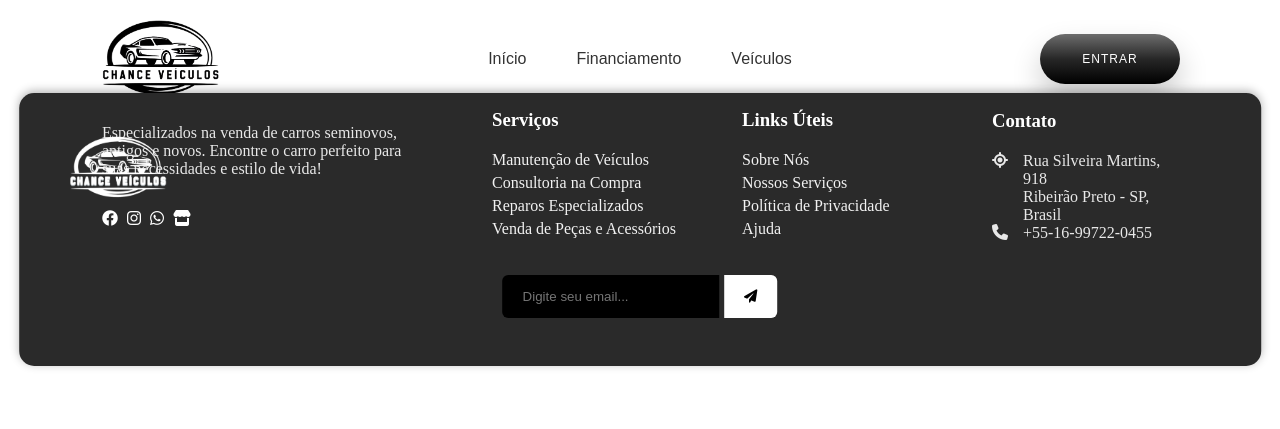
Repository: Matheus904-12/Reforma
Page: veicu.html
These files come from the project's save history. The page is drawn as it stood at one moment and after the next save; the edit follows.
The browser window is 1280 px wide. The pictures show the whole page.
Some web libraries are served in a nearby version.

Above is the page before, as saved 2024-08-05 20:43:17.
Console error (its wording comes from the project's code and is left out).

### veicu.html
<!DOCTYPE html>
<html lang="en">
<head>
    <meta charset="UTF-8">
    <meta name="viewport" content="width=device-width, initial-scale=1.0">
    <title>Chance Veículos - Venda de Veículos</title>
    <link rel="stylesheet" href="styles.css">
    <!----- FONT AWESOME CSS FOR ICONS FONTS ------>
    <link rel="stylesheet" href="https://cdnjs.cloudflare.com/ajax/libs/font-awesome/6.2.0/css/all.min.css">
    <script src="https://cdnjs.cloudflare.com/ajax/libs/gsap/3.10.4/gsap.min.js"></script>
</head>
<body>
    <div id="loading-screen">
        <div class="loader"></div>
    </div>

    <header>
        <div class="navbar">
            <div class="logo">
                <img src="imagens/dark.png" alt="Logo da Loja">
            </div>
            <nav class="nav-links">
                <a href="index.html">Início</a>
                <a href="finan.html">Financiamento</a>
                <a href="veicu.html">Veículos</a>
            </nav>
            <button class="btn">
                <span class="btn-text-one">Entrar</span>
                <span class="btn-text-two">Vamos Lá!</span>
            </button>
        </div>
    </header>






    <footer>
        <div class="container">
            <div class="row">
                <div class="col" id="company">
                    <img src="imagens/white.png" alt="" class="logo">
                    <p>
                        Especializados na venda de carros seminovos, antigos e novos.
                        Encontre o carro perfeito para suas necessidades e estilo de vida!
                    </p>
                    <div class="social">
                        <a href="https://www.facebook.com/p/CHANCE-VE%C3%8DCULOS-100063739276669/?paipv=0&eav=Afbw-6EMG8x-VpNtWfZloGlREGmYw3G0Q8PvLR--bdwjk5A0xtV1WnDa43PW5FFd-jU&_rdr"><i class="fab fa-facebook"></i></a>
                        <a href="https://www.olx.com.br/perfil/wilson-chance-veiculos-d5494ec5"><i class="fab fa-instagram"></i></a>
                        <a href="https://web.whatsapp.com/send?l=pt_BR&phone=5516%20997220455"><i class="fab fa-whatsapp"></i></a>
                        <a href="(16)-3961-1899"><i class="fa fa-store"></i></a>
                    </div>
                </div>

                <div class="col" id="services">
                    <h3>Serviços</h3>
                    <div class="links">
                        <a href="#">Manutenção de Veículos</a>
                        <a href="#">Consultoria na Compra</a>
                        <a href="#">Reparos Especializados</a>
                        <a href="#">Venda de Peças e Acessórios</a>
                    </div>
                </div>

                <div class="col" id="useful-links">
                    <h3>Links Úteis</h3>
                    <div class="links">
                        <a href="#">Sobre Nós</a>
                        <a href="#">Nossos Serviços</a>
                        <a href="#">Política de Privacidade</a>
                        <a href="#">Ajuda</a>
                    </div>
                </div>

                <div class="col" id="contact">
                    <h3>Contato</h3>
                    <div class="contact-details">
                        <i class="fa fa-location"></i>
                        <p>Rua Silveira Martins, 918<br> Ribeirão Preto - SP, Brasil</p>
                    </div>
                    <div class="contact-details">
                        <i class="fa fa-phone"></i>
                        <p>+55-16-99722-0455</p>
                    </div>
                </div>
            </div>

            <div class="row">
                <div class="form">
                    <form action="">
                        <input type="text" placeholder="Digite seu email...">
                        <button><i class="fa fa-paper-plane"></i></button>
                    </form>
                </div>
            </div>
        </div>
     </footer>
    <script>
        document.addEventListener("DOMContentLoaded", () => {
            // Remove a tela de carregamento após o carregamento da página
            const loadingScreen = document.getElementById("loading-screen");
            loadingScreen.classList.add("loaded");

            // Animação de surgimento para todos os elementos
            gsap.from(".body, .header, .hero, .servicos, .produto, .navbar, .logo, .nav-links a, .btn, .card, .card__article, .container, .row, .social, .footer, .links,", {
                duration: 1.2,
                opacity: 0,
                y: 50,
                stagger: 0.1,
                ease: "power2.out"
            });

            // Animação para elementos ao rolar a página
            gsap.utils.toArray(".servicos, .produto, .garantia-qualidade").forEach(section => {
                gsap.from(section, {
                    scrollTrigger: {
                        trigger: section,
                        start: "top 80%",
                        end: "bottom 30%",
                        scrub: true
                    },
                    opacity: 0,
                    y: 50,
                    duration: 1
                });
            });
        });

        window.addEventListener("scroll", () => {
            const navbar = document.querySelector(".navbar");
            if (window.scrollY > 50) {
                navbar.classList.add("scrolled");
            } else {
                navbar.classList.remove("scrolled");
            }
        });
    </script>
</body>
</html>

### styles.css
body {
    margin: 0;
    font-family: Arial, sans-serif;
}

header {
    position: relative;
    width: 100%;
}

.navbar {
    display: flex;
    justify-content: center;
    align-items: center;
    padding: 20px 50px;
    background: rgba(255, 255, 255, 0.5);
    border-radius: 25px;
    backdrop-filter: blur(10px);
    transition: all 0.3s ease-in-out;
    margin: 20px 50px;
    position: relative;
}

.navbar.scrolled {
    background: rgba(255, 255, 255, 0.8);
    backdrop-filter: blur(15px);
}

.logo {
    position: absolute;
    left: 50px;
    font-weight: bold;
}

.logo img {
  transform: scale(0.3); /* Reduz o tamanho para 80% */
  transition: transform 0.3s ease-in-out;
  margin-left: -220px;
}

.nav-links {
    list-style: none;
    display: flex;
    gap: 20px;
}

.nav-links a {
    text-decoration: none;
    color: #333;
    padding: 10px 15px;
    border-radius: 15px;
    position: relative; /* Necessário para posicionar o pseudo-elemento */
    transition: color 0.3s; /* Transição para a cor do texto */
}

.nav-links a::after {
    content: "";
    position: absolute;
    left: 0;
    bottom: 0;
    width: 0;
    height: 2px; /* Altura da linha embaixo do texto */
    background: #333; /* Cor da linha embaixo do texto */
    transition: width 0.3s; /* Transição para o comprimento da linha */
}

.nav-links a:hover::after {
    width: 100%; /* Linha se expande para a largura total do link */
}

.nav-links a:hover {
    color: #333; /* Mantém a cor do texto ao passar o mouse */
}


.btn {
    width: 140px;
    height: 50px;
    background: linear-gradient(to top, #000000, #272727, #6d6d6d);
    color: #fff;
    border-radius: 50px;
    border: none;
    outline: none;
    cursor: pointer;
    position: relative;
    box-shadow: 0 15px 30px rgba(0, 0, 0, 0.2);
    overflow: hidden;
    position: absolute;
    right: 50px;
    text-decoration: none; /* Para remover o sublinhado do link */
    display: flex;
    justify-content: center;
    align-items: center;
}

.btn span {
    font-size: 12px;
    text-transform: uppercase;
    letter-spacing: 1px;
    transition: top 0.5s;
}

.btn-text-one {
    position: absolute;
    width: 100%;
    top: 50%;
    left: 0;
    transform: translateY(-50%);
}

.btn-text-two {
    position: absolute;
    width: 100%;
    top: 150%;
    left: 0;
    transform: translateY(-50%);
}

.btn:hover .btn-text-one {
    top: -100%;
}

.btn:hover .btn-text-two {
    top: 50%;
}

.btn:active {
    transform: translateY(1px); /* Efeito de afundar ao clicar */
}

.hero {
    position: relative;
    width: 100%;
    height: 600px; /* Ajuste a altura conforme necessário */
    overflow: hidden;
    display: flex;
    justify-content: center;
    align-items: center;
}

.hero-image {
    width: 94%;
    height: auto;
    object-fit: cover;
}

.servicos {
    padding: 100px;
}

.servicos-header {
    display: flex;
    justify-content: space-between;
    align-items: center;
    margin-bottom: 100px;
}

.produtos-header {
    display: flex;
    justify-content: space-between;
    align-items: center;
    margin-bottom: 100px;
}

.servicos h2 {
    font-size: 2.7em;
    margin: 0 0 10px 0; /* Ajuste a margem inferior para aproximar do parágrafo */
    margin-left: 190px;
}

.description {
    font-size: 1.2em;
    max-width: 600px;
    margin: 0;
    margin-right: 190px;
}
.description2 {
    font-size: 1.2em;
    max-width: 600px;
    margin: 0;
    margin-right: 320px;
}

.cards-container {
    display: flex;
    flex-wrap: wrap;
    justify-content: center;
    gap: 20px;
}

.card {
    display: flex;
    align-items: center;
    background-color: #f0f0f0;
    padding: 20px;
    border-radius: 10px;
    width: 45%;
}

.card-image img {
    width: 257px;
    height: 205px;
    border-radius: 10px;
    margin-right: 20px;
}

.card-content {
    text-align: left;
}

.card-content h3 {
    margin: 0 0 10px 0;
    font-size: 1.2em;
}

.card-content p {
    margin: 0;
    color: #555;
}

/*=============== GOOGLE FONTS ===============*/
@import url("https://fonts.googleapis.com/css2?family=Poppins:wght@400;500&display=swap");

/*=============== VARIABLES CSS ===============*/
:root {
  /*========== Colors ==========*/
  /*Color mode HSL(hue, saturation, lightness)*/
  --first-color: hsl(82, 60%, 28%);
  --title-color: hsl(0, 0%, 15%);
  --text-color: hsl(0, 0%, 35%);
  --body-color: hsl(0, 0%, 95%);
  --container-color: hsl(0, 0%, 100%);

  /*========== Font and typography ==========*/
  /*.5rem = 8px | 1rem = 16px ...*/
  --body-font: "Poppins", sans-serif;
  --h2-font-size: 1.25rem;
  --small-font-size: .813rem;
}

/*========== Responsive typography ==========*/
@media screen and (min-width: 1120px) {
  :root {
    --h2-font-size: 1.5rem;
    --small-font-size: .875rem;
  }
}

/*=============== BASE ===============*/

* {
    box-sizing: border-box;
    padding: 0;
    margin: 0;
  }

/*=============== CARD ===============*/
.produto {
  display: grid;
  place-items: center;
  margin-inline: 1.5rem;
  padding-block: 5rem;
  margin-bottom: 155px,
}

.card__data h2 {
    font-size: 1.4em;
    margin-left: -1px;
    font-weight: bold;
}

.card__produto {
  display: grid;
  row-gap: 3.5rem;
}

.card__article {
  position: relative;
  overflow: hidden;
}

.card__img {
  width: 328px;
  border-radius: 1.5rem;
}

.card__data {
  width: 20px;
  background-color: var(--container-color);
  padding: 1.5rem 2rem;
  box-shadow: 0 8px 24px hsla(0, 0%, 0%, .15);
  border-radius: 1rem;
  position: absolute;
  bottom: -9rem;
  left: 0;
  right: 0;
  margin-inline: auto;
  opacity: 0;
  transition: opacity 1s 1s;
}

.card__description {
  display: block;
  font-size: var(--small-font-size);
  margin-bottom: .25rem;
}

.card__title {
  font-size: var(--h2-font-size);
  font-weight: 500;
  color: var(--title-color);
  margin-bottom: .75rem;
}

.card__button {
  text-decoration: none;
  font-size: var(--small-font-size);
  font-weight: 500;
  color: var(--first-color);
}

.card__button:hover {
  text-decoration: underline;
}

/* Naming animations in hover */
.card__article:hover .card__data {
  animation: show-data 1s forwards;
  opacity: 1;
  transition: opacity .3s;
}

.card__article:hover {
  animation: remove-overflow 2s forwards;
}

.card__article:not(:hover) {
  animation: show-overflow 2s forwards;
}

.card__article:not(:hover) .card__data {
  animation: remove-data 1s forwards;
}

/* Card animation */
@keyframes show-data {
  50% {
    transform: translateY(-10rem);
  }
  100% {
    transform: translateY(-7rem);
  }
}

@keyframes remove-overflow {
  to {
    overflow: initial;
  }
}

@keyframes remove-data {
  0% {
    transform: translateY(-7rem);
  }
  50% {
    transform: translateY(-10rem);
  }
  100% {
    transform: translateY(.5rem);
  }
}

@keyframes show-overflow {
  0% {
    overflow: initial;
    pointer-events: none;
  }
  50% {
    overflow: hidden;
  }
}

/*=============== BREAKPOINTS ===============*/
/* For small devices */
@media screen and (max-width: 340px) {
  .produto {
    margin-inline: 1rem;
  }

  .card__data {
    width: 250px;
    padding: 1rem;
  }
}

/* For medium devices */
@media screen and (min-width: 768px) {
  .card__produto {
    grid-template-columns: repeat(2, 1fr);
    column-gap: 1.5rem;
  }
}

/* For large devices */
@media screen and (min-width: 1120px) {
  .produto {
    height: 100vh;
  }

  .card__produto {
    grid-template-columns: repeat(3, 1fr);
  }
  .card__img {
    width: 348px;
  }
  .card__data {
    width: 316px;
    padding-inline: 2.5rem;
  }
}

/* Tela de carregamento */
#loading-screen {
    position: fixed;
    top: 0;
    left: 0;
    width: 100%;
    height: 100%;
    background: white;
    display: flex;
    align-items: center;
    justify-content: center;
    z-index: 9999;
    transition: opacity 0.5s ease, visibility 0.5s ease;
}

#loading-screen.loaded {
    opacity: 0;
    visibility: hidden;
}

.loader {
    border: 8px solid rgba(0, 0, 0, 0.1);
    border-radius: 50%;
    border-top: 8px solid #3498db;
    width: 60px;
    height: 60px;
    animation: spin 1s linear infinite;
}

@keyframes spin {
    0% { transform: rotate(0deg); }
    100% { transform: rotate(360deg); }
}

/* Efeito de zoom-in ao carregar */
.zoom-in {
    transform: scale(1.2);
    opacity: 0;
}

.loaded .zoom-in {
    transform: scale(1);
    opacity: 1;
    transition: transform 0.5s ease-out, opacity 0.5s ease-out;
}

/* Efeito de surgimento ao rolar */
.scroll-fade-in {
    opacity: 0;
    transform: translateY(30px);
    transition: opacity 0.6s ease-out, transform 0.6s ease-out;
}

.scroll-fade-in.scroll-active {
    opacity: 1;
    transform: translateY(0);
}

/* Para WebKit (Chrome, Safari) */
::-webkit-scrollbar {
    width: 12px; /* Largura da barra de rolagem */
}

::-webkit-scrollbar-track {
    background: #f1f1f1; /* Cor de fundo da trilha da barra de rolagem */
    border-radius: 10px;
}

::-webkit-scrollbar-thumb {
    background: #888; /* Cor do "polegar" da barra de rolagem */
    border-radius: 10px;
}

::-webkit-scrollbar-thumb:hover {
    background: #555; /* Cor do "polegar" quando o mouse passa sobre ele */
}

/* Para Firefox */
scrollbar-width: thin; /* Controla a largura da barra de rolagem */
scrollbar-color: #888 #f1f1f1; /* Cor do polegar e da trilha */

/* Exemplo de configuração para todo o corpo */
body {
    scrollbar-width: thin; /* Largura fina para a barra de rolagem */
    scrollbar-color: #888 #f1f1f1; /* Cor do "polegar" e da trilha */
}

/* Exemplo de configuração para um elemento específico */
.custom-scrollbar {
    scrollbar-width: thin;
    scrollbar-color: #888 #f1f1f1;
}

/* Estilo da seção Garantia & Qualidade */
.garantia-qualidade {
  padding: 2rem;
  text-align: center;
  background-color: #f9f9f9;
}

.garantia-qualidade .produtos-header {
  margin-bottom: 2rem;
}

.garantia-cards {
  display: flex;
  flex-wrap: wrap;
  justify-content: space-around;
  gap: 0.5rem;
}

.garantia-card {
  flex: 1 1 calc(25% - 1rem);
  margin: 0.25rem; /* Reduzi a margem para deixar os cartões mais próximos */
  padding: 1rem;
  border-radius: 8px;
}

.garantia-card .garantia-card-image {
  width: 245px;
  height: 245px; /* ajuste a altura conforme necessário */
  background-color: #d3d3d3; /* cor de fundo cinza para a imagem */
  border-radius: 8px;
}

.garantia-card h3 {
  font-size: 1.2rem;
  margin-top: 0.5rem;
  color: #333;
}

.garantia-card p {
  font-size: 0.9rem;
  color: #666;
}

/* Responsivo */
@media (max-width: 768px) {
  .garantia-card {
    flex: 1 1 calc(50% - 1rem);
  }
}

@media (max-width: 480px) {
  .garantia-card {
    flex: 1 1 100%;
  }
}

footer {
  background-color: #2a2a2a;
  position: relative; /* Torna o footer fixo */
  bottom: 25px; /* Adiciona uma margem do fundo da página */
  left: 50%; /* Centraliza horizontalmente */
  transform: translateX(-50%); /* Centraliza horizontalmente */
  width: 97%; /* Ajusta a largura do footer */
  height: auto; /* Ajusta a altura do footer */
  padding: 1rem; /* Ajusta o padding do footer */
  border-radius: 15px; /* Aplica border-radius nos quatro cantos */
  z-index: 1000; /* Garante que o footer esteja acima de outros elementos */
  box-shadow: 0 -2px 10px rgba(0, 0, 0, 0.3); /* Adiciona uma sombra */
}
.container {
 max-width: 1140px;
 margin: 0 auto;
 display: flex;
 justify-content: center;
 align-items: center;
 flex-direction: column;


}
.row{
 display: flex;
 justify-content: space-between;
 align-items: center;
}

.col{
 min-width: 250px;
 color:#f2f2f2f2;
 font-family: poppins;
 padding:0 2rem;
}
.col .logo{
 width: 100px;
 margin-bottom:25px;
}
.col h3{
 color:#ffffff;
 margin-bottom: 20px;
 position: relative;
 cursor: pointer;
}
.col h3::after{
 content: '';
 height:3px;
 width:0px;
 background-color: #ffffff;
 position: absolute;
 bottom: 0;
 left:0;
 transition: 0.3s ease;

}
.col h3:hover::after{
 width:30px
}
.col .social a i{
 color:#ffffff;
 margin-top:2rem;
 margin-right: 5px;
 transition: 0.3s ease;
}
.col .social a i:hover{
 transform: scale(1.5);
 filter:grayscale(25);
}
.col .links a{
 display: block;
 text-decoration: none;
 color:#f2f2f2;
 margin-bottom: 5px;
 position: relative;
 transition: 0.3s ease;
}
.col .links a::before{
 content:'';
 height: 16px;
 width:3px;
 position: absolute;
 top:5px;
 left:-10px;
 background-color: #ffffff;
 transition: 0.5s ease;
 opacity: 0;
}
.col .links a:hover::before{
 opacity: 1;
}
.col .links a:hover{
 transform: translateX(-8px);
 color:#ffffff;
}
.col .contact-details{
 display: inline-flex;
 justify-content: space-between;
}
.col .contact-details i{
 margin-right:15px;
}
.row .form{
 display: flex;
 justify-content: center;
 align-items: center;
 padding:2rem 0;
}
.row .form input{
 background-color: #000000;
 border:0;
 outline:none;
 padding:14px 20px;
 border-radius: 6px;
 border-top-right-radius: 0;
 border-bottom-right-radius: 0;
}
.form button{
 padding:14px 20px;
 border:0;
 border-radius: 6px;
 border-top-left-radius: 0;
 border-bottom-left-radius: 0;
 background-color: #ffffff;
}

/********** Responsive Design ********/
@media(max-width:900px)
{
.row{
 flex-direction: column;
}
.col{
 width: 100%;
 text-align: left;
 margin-bottom: 25px;
}
}
@media(max-width:768px)
{
.row{
 flex-direction: column;
}
.col{
 width: 100%;
 text-align: left;
 margin-bottom: 20px;
}
}

After the next save:
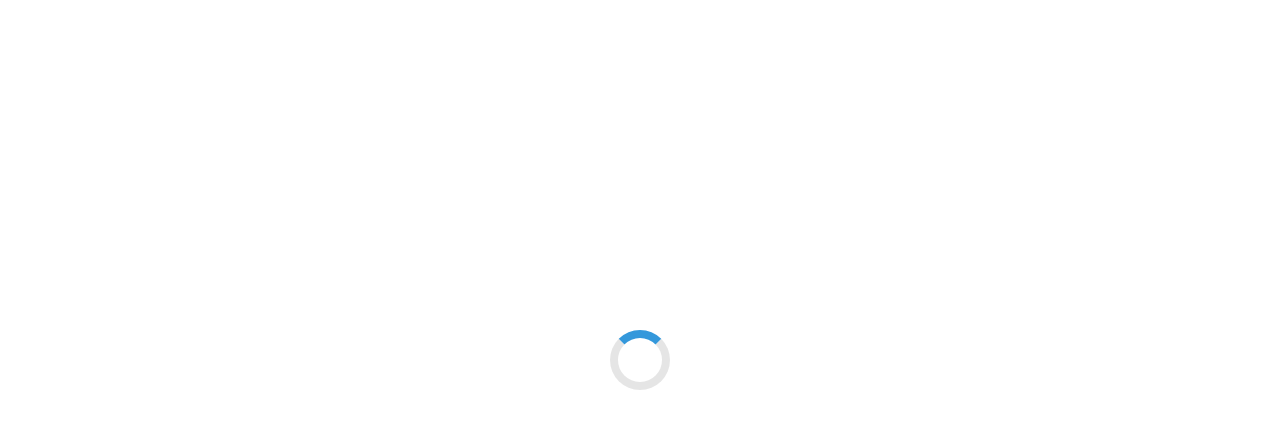
Console error: SyntaxError: Unexpected token '}'
Saved 6 s later.
--- a/veicu.html
+++ b/veicu.html
@@ -98,18 +98,20 @@
      </footer>
     <script>
         document.addEventListener("DOMContentLoaded", () => {
-            // Remove a tela de carregamento após o carregamento da página
-            const loadingScreen = document.getElementById("loading-screen");
-            loadingScreen.classList.add("loaded");
+    // Remove a tela de carregamento após o carregamento da página
+    const loadingScreen = document.getElementById("loading-screen");
+    loadingScreen.classList.add("loaded");
 
-            // Animação de surgimento para todos os elementos
-            gsap.from(".body, .header, .hero, .servicos, .produto, .navbar, .logo, .nav-links a, .btn, .card, .card__article, .container, .row, .social, .footer, .links,", {
-                duration: 1.2,
-                opacity: 0,
-                y: 50,
-                stagger: 0.1,
-                ease: "power2.out"
-            });
+    // Animação de surgimento para todos os elementos da seção financiamento
+    gsap.from(".financiamento h2, .financiamento h3, .financiamento .form-group, .financiamento button", {
+        duration: 1.2,
+        opacity: 0,
+        y: 50,
+        stagger: 0.1,
+        ease: "power2.out"
+    });
+});
+
 
             // Animação para elementos ao rolar a página
             gsap.utils.toArray(".servicos, .produto, .garantia-qualidade").forEach(section => {

After the save that followed:
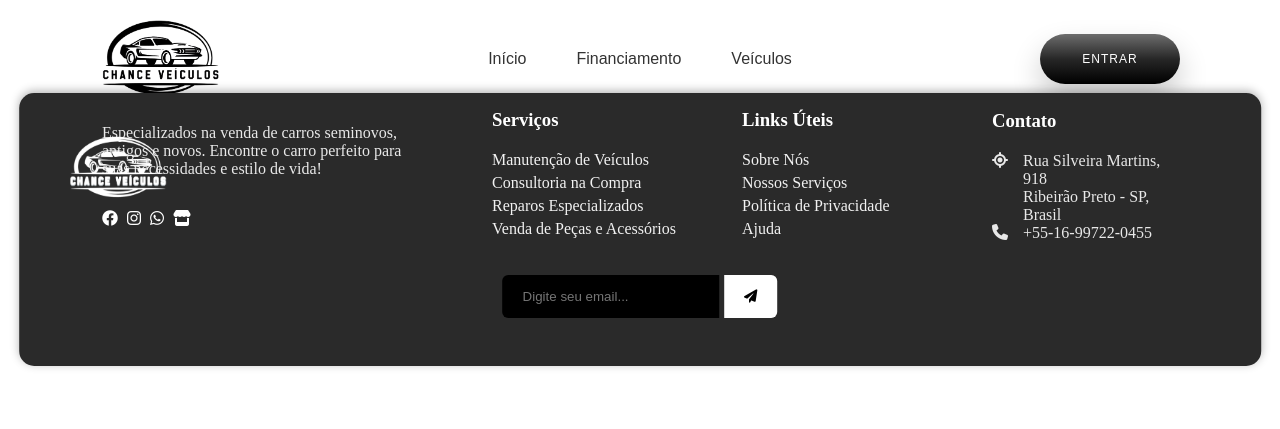
The error is gone.
Saved 4 s later.
--- a/veicu.html
+++ b/veicu.html
@@ -110,7 +110,6 @@
         stagger: 0.1,
         ease: "power2.out"
     });
-});
 
 
             // Animação para elementos ao rolar a página
